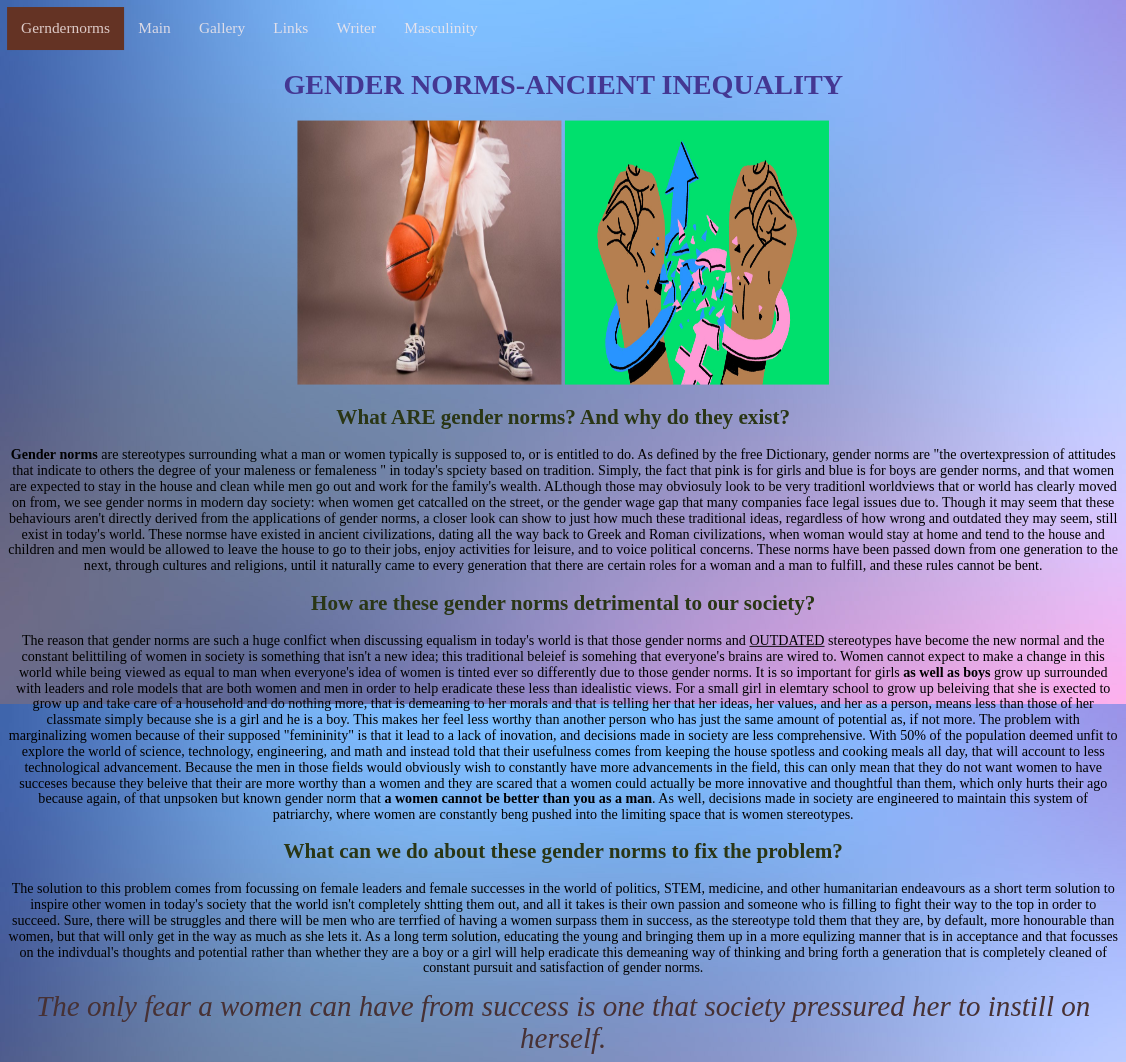
Repository: Lujaina-E/womens-rights-site
Page: gendernorms.html
The author's editor kept a copy of each file at every save. The page is drawn from the files as they stood at one save, then again after the next save.
The browser window is 1280 px wide. The pictures show the whole page, at 88% of full size.
Backgrounds fixed to the window are drawn as part of the page.

Above is the page before, as saved 2022-07-26 00:09:28.

After the next save:
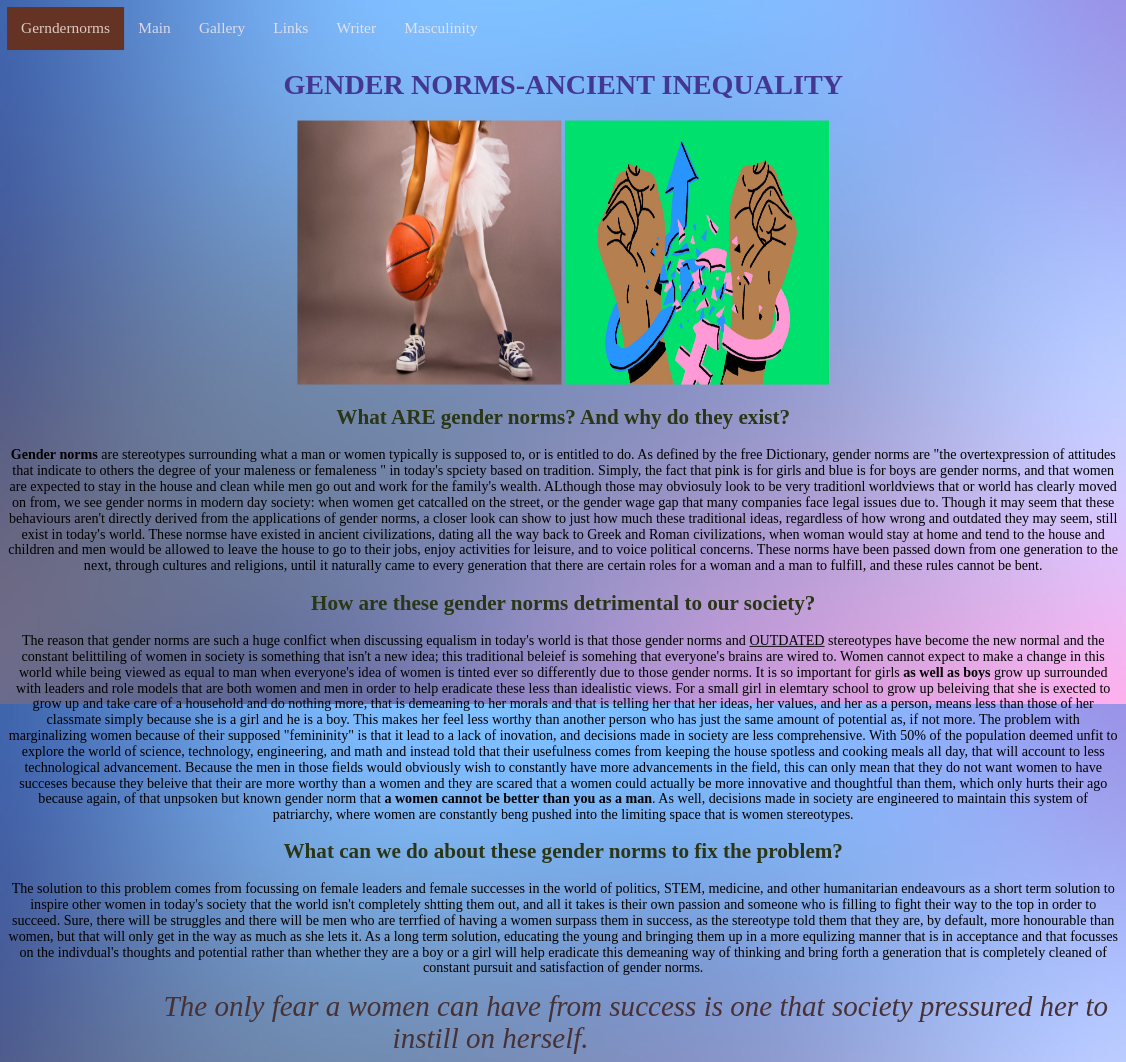
Saved 11 s later.
--- a/gendernormsStyle.css
+++ b/gendernormsStyle.css
@@ -27,6 +27,8 @@
 body > i{
     font-size: 33px;
     color: rgb(71, 49, 52);
+    margin-left: 5em;
+    margin-right: 5em;
 
 }
 

After the save that followed:
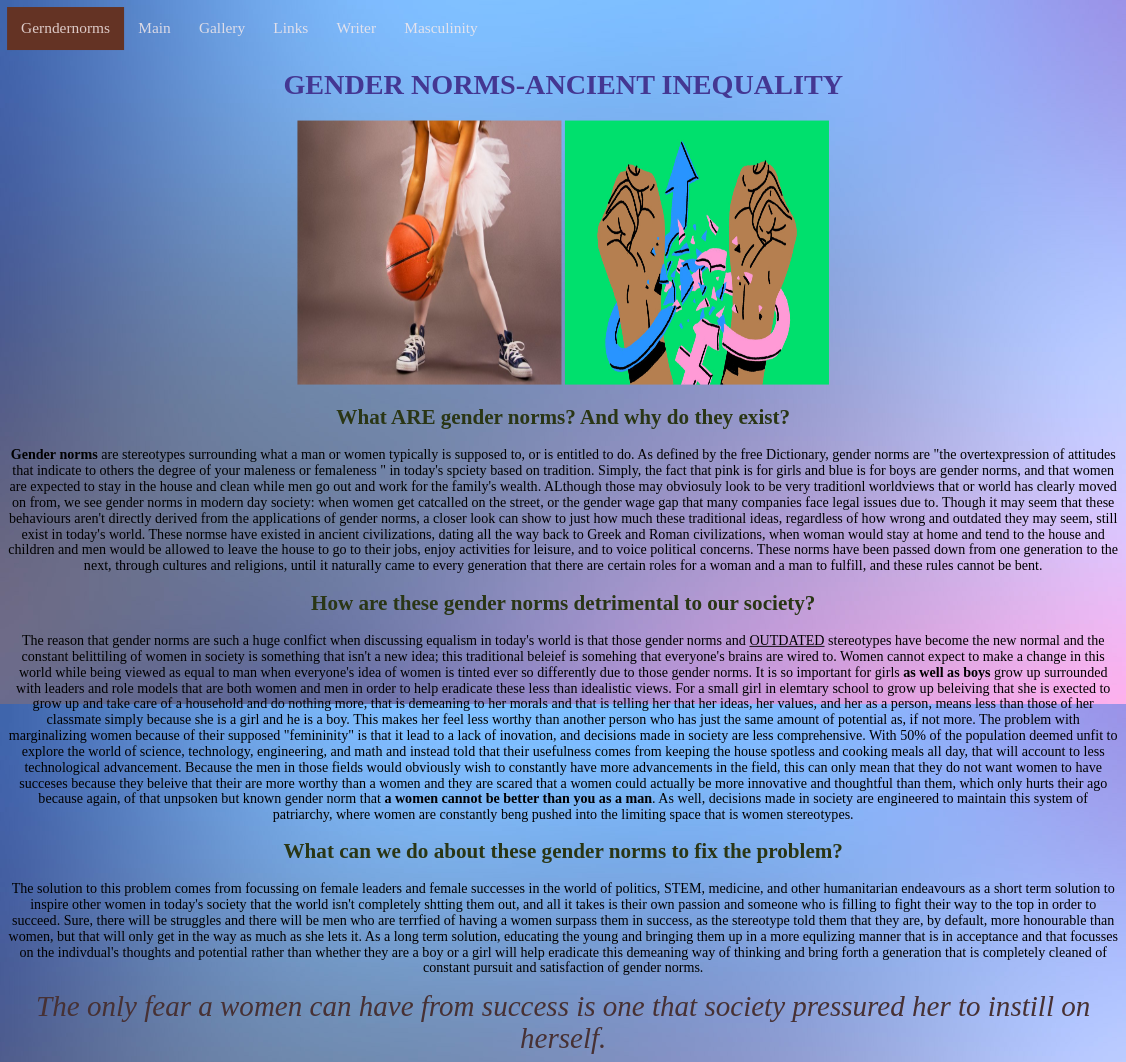
Saved 7 s later.
--- a/gendernormsStyle.css
+++ b/gendernormsStyle.css
@@ -27,8 +27,7 @@
 body > i{
     font-size: 33px;
     color: rgb(71, 49, 52);
-    margin-left: 5em;
-    margin-right: 5em;
+
 
 }
 
